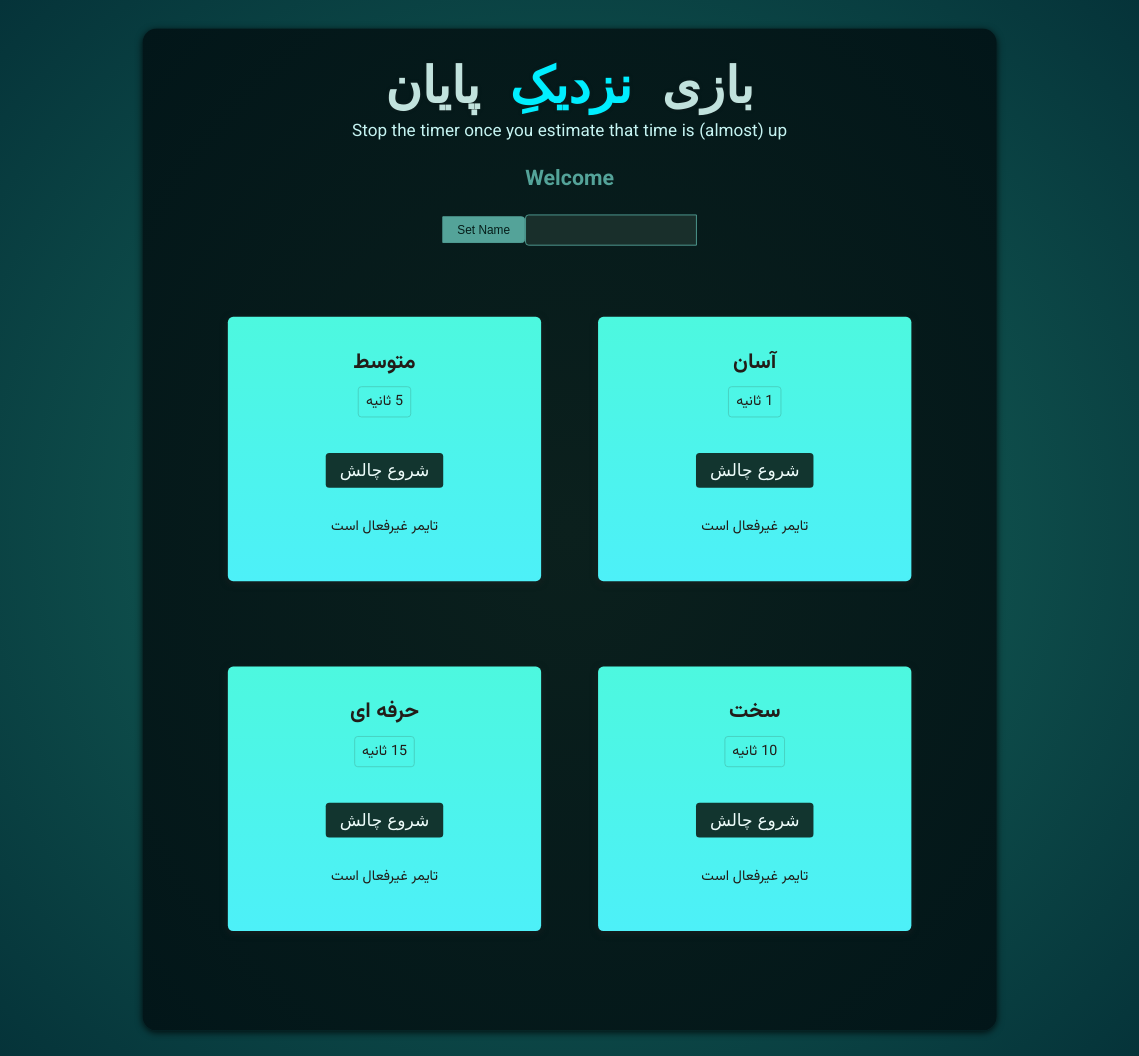
Repository: H-ala/react-near-end
Page: /
An editor plug-in stored every save of this project. The page is shown before and after the next save, followed by the edit.
The browser window is 1280 px wide. The pictures show the whole page, at 89% of full size.
The project was rebuilt for these pictures with package versions that can differ from the ones it lists, and the page was loaded fresh each time. Also part of the build but not shown: vite.config.js.

Above is the page before, as saved 2025-10-21 19:17:19.

### index.html
<!DOCTYPE html>
<html lang="en">
  <head>
    <meta charset="UTF-8" />
    <link rel="icon" type="image/svg+xml" href="/vite.svg" />
    <meta name="viewport" content="width=device-width, initial-scale=1.0" />
    <title>Refs & Portals</title>
  </head>
  <body>
    <div id="modal"></div>
    <div id="content">
      <header>
        <h1>بازی <em>نزدیکِ</em> پایان</h1>
        <p>Stop the timer once you estimate that time is (almost) up</p>
      </header>
      <div id="root"></div>
    </div>
    <script type="module" src="/src/main.jsx"></script>
  </body>
</html>

### src/App.jsx
import Player from "./components/Player.jsx";
import TimerChallenge from "./components/TimerChallenge.jsx";

function App() {
  return (
    <>
      <Player />
      <div id="challenges">
        <TimerChallenge title="آسان" targetTime={1} />
        <TimerChallenge title="متوسط" targetTime={5} />
        <TimerChallenge title="سخت" targetTime={10} />
        <TimerChallenge title="حرفه ای" targetTime={15} />
      </div>
    </>
  );
}

export default App;

### src/index.css
@import url("https://fonts.googleapis.com/css2?family=Vazirmatn:wght@400;700&display=swap");

* {
  box-sizing: border-box;
}

body {
  margin: 0;
  font-family: "Vazirmatn", sans-serif;
  -webkit-font-smoothing: antialiased;
  -moz-osx-font-smoothing: grayscale;
  background: radial-gradient(#186a5e, #053339);
  color: #e1eeeb;
  direction: rtl;
  min-height: 100vh;
}

#content {
  max-width: 60rem;
  margin: 2rem auto;
  padding: 2rem;
  background: radial-gradient(#0b201d, #021619);
  border-radius: 16px;
  box-shadow: 0 2px 8px rgba(0, 0, 0, 0.8);
}

h1 {
  font-family: "Handjet", monospace;
  text-align: center;
  text-transform: uppercase;
  color: #c1e2dd;
  text-shadow: 0 0 4px rgba(35, 34, 34, 0.4);
  font-size: 3.5rem;
  margin: 0;
}

h1 em {
  font-style: normal;
  color: #00eeff;
}

header p {
  font-size: 1.2rem;
  margin: 0;
  text-align: center;
  color: #c6f4f2;
}

#player {
  text-align: center;
}

#player h2 {
  color: #54a399;
}

#player p {
  display: flex;
  justify-content: center;
  align-items: center;
}

#player input {
  font: inherit;
  border: 1px solid #54a399;
  background-color: #192f2b;
  border-radius: 4px;
  border-top-right-radius: 0;
  border-bottom-right-radius: 0;
  padding: 0.25rem;
  color: #d1f0ec;
}

#player button {
  cursor: pointer;
  background-color: #54a399;
  border: 1px solid #54a399;
  padding: 0.4rem 1rem;
  color: #061e1a;
  border-top-right-radius: 4px;
  border-bottom-right-radius: 4px;
}

#player button:hover {
  background-color: #3c8379;
  border-color: #3c8379;
}

#challenges {
  max-width: 50rem;
  margin: 3rem auto;
  display: flex;
  flex-wrap: wrap;
  gap: 2rem;
}

.challenge {
  width: 22rem;
  display: flex;
  flex-direction: column;
  align-items: center;
  justify-content: center;
  padding: 2rem;
  margin: 2rem auto;
  background: linear-gradient(#4df8df, #4df0f8);
  color: #221c18;
  box-shadow: 0 2px 8px rgba(35, 34, 34, 0.6);
  border-radius: 6px;
}

.challenge button {
  margin-top: 1rem;
  padding: 0.5rem 1rem;
  border: none;
  border-radius: 4px;
  background: #12352f;
  color: #edfcfa;
  font-size: 1.2rem;
  cursor: pointer;
}

.challenge button:hover {
  background: #051715;
}

.challenge h2 {
  font-size: 1.5rem;
  margin: 0;
  text-align: center;
  color: #221c18;
}

.challenge-time {
  border: 1px solid #46cebe;
  border-radius: 4px;
  padding: 0.25rem 0.5rem;
  margin: 0.5rem;
}

.challenge .active {
  animation: flash 1s infinite;
}

.result-modal {
  border: none;
  border-radius: 8px;
  padding: 2rem;
  background-color: #d7fcf8;
}

.result-modal[open] {
  animation: slide-in-from-top 0.35s ease-out;
}

.result-modal::backdrop {
  background: rgba(0, 0, 0, 0.9);
}

.result-modal h2 {
  font-family: "Handjet", monospace;
  margin: 0 0 0.25rem 0;
  font-size: 3rem;
  text-transform: uppercase;
}

.result-modal progress {
  width: 100%;
  height: 1.5rem;
  margin: 0;
  accent-color: #46cebe;
}

.result-modal p {
  margin: 0.5rem 0;
  font-size: 1.2rem;
}

.result-modal p strong {
  color: #10655b;
}

.result-modal form {
  text-align: right;
}

.result-modal button {
  margin-top: 1rem;
  padding: 0.5rem 1rem;
  border: none;
  border-radius: 4px;
  background: #12352f;
  color: #edfcfa;
  font-size: 1.2rem;
  cursor: pointer;
}

.result-modal button:hover {
  background: #051715;
}

@keyframes slide-in-from-top {
  0% {
    transform: translateY(-15%);
    opacity: 0;
  }
  100% {
    transform: translateY(0);
    opacity: 1;
  }
}

@keyframes flash {
  0% {
    opacity: 0.5;
  }
  50% {
    opacity: 1;
  }
  100% {
    opacity: 0.5;
  }
}

### src/components/Player.jsx
import { useState, useRef } from "react";

export default function Player() {
  const playerName = useRef();
  const [enteredPlayerName, setEnteredPlayerName] = useState("");

  function handleClick() {
    setEnteredPlayerName(playerName.current.value);
    playerName.current.value = "";
  }

  return (
    <section id="player">
      <h2>Welcome {enteredPlayerName ?? "unknown entity"}</h2>
      <p>
        <input
          ref={playerName}
          type="text"
        />
        <button onClick={handleClick}>Set Name</button>
      </p>
    </section>
  );
}

### src/components/TimerChallenge.jsx
import { useState, useRef } from "react";
import ResultModal from "./ResultModal";

export default function TimerChallenge({ title, targetTime }) {
  const timer = useRef();
  const dialog = useRef();

  const [timeRemaining, setTimeRemaining] = useState(targetTime * 1000);
  const timerIsActive = timeRemaining > 0 && timeRemaining < targetTime * 1000;

  if (timeRemaining <= 0) {
    clearInterval(timer.current);
    dialog.current.open();
  }

  function handleStart() {
    timer.current = setInterval(() => {
      setTimeRemaining((prevTimeRemaining) => prevTimeRemaining - 10);
    }, 10);
  }

  function handleReset() {
    setTimeRemaining(targetTime * 1000);
  }

  function handleStop() {
    clearInterval(timer.current);
    dialog.current.open();
  }

  return (
    <>
      <ResultModal
        ref={dialog}
        targetTime={targetTime}
        remainingTime={timeRemaining}
        onReset={handleReset}
      />
      <section className="challenge">
        <h2>{title}</h2>
        <p className="challenge-time">
          {targetTime} ثانیه
        </p>
        <p>
          <button onClick={timerIsActive ? handleStop : handleStart}>
            {timerIsActive ? "توقف" : "شروع"} چالش
          </button>
        </p>
        <p className={timerIsActive ? "active" : undefined}>
          {timerIsActive ? "زمان داره میگذره..." : "تایمر غیرفعال است"}
        </p>
      </section>
    </>
  );
}

### src/components/ResultModal.jsx
import { useImperativeHandle, useRef } from "react";
import { createPortal } from "react-dom";

export default function ResultModal({ ref, targetTime, remainingTime, onReset }) {
  const dialog = useRef();

  const userLost = remainingTime <= 0;
  const formattedRemainingTime = (remainingTime / 1000).toFixed(2);
  const score = Math.round((1 - (remainingTime / (targetTime * 1000))) * 100);

  useImperativeHandle(ref, () => {
    return {
      open() {
        dialog.current.showModal();
      },
    };
  });

  return createPortal(
    <dialog ref={dialog} className="result-modal" onClose={onReset}>
      {userLost && <h2>You Lost!</h2>}
      {!userLost && <h2>Your Score: {score}</h2>}
      <p>
        The targer time was <strong>{targetTime} seconds. </strong>
      </p>
      <p>
        You stopped the time with{" "}
        <strong>{formattedRemainingTime} seconds left.</strong>
      </p>
      <form action="dialog" onSubmit={onReset}>
        <button>Close</button>
      </form>
    </dialog>,
    document.getElementById("modal")
  );
}

Loaded but not shown: src/main.jsx (common file)

After the next save:
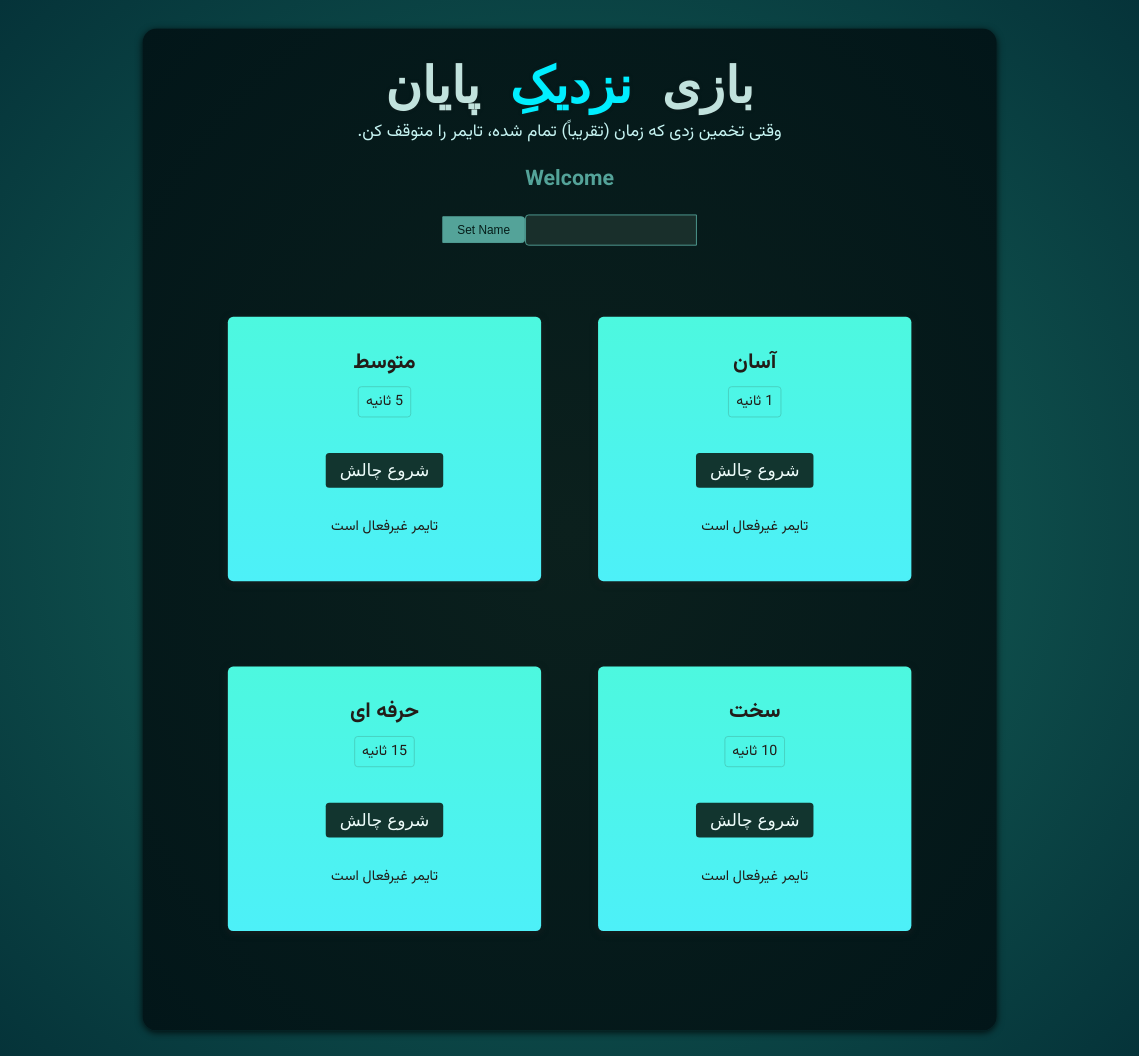
Saved 41 s later.
--- a/index.html
+++ b/index.html
@@ -1,20 +1,23 @@
 <!DOCTYPE html>
 <html lang="en">
-  <head>
-    <meta charset="UTF-8" />
-    <link rel="icon" type="image/svg+xml" href="/vite.svg" />
-    <meta name="viewport" content="width=device-width, initial-scale=1.0" />
-    <title>Refs & Portals</title>
-  </head>
-  <body>
-    <div id="modal"></div>
-    <div id="content">
-      <header>
-        <h1>بازی <em>نزدیکِ</em> پایان</h1>
-        <p>Stop the timer once you estimate that time is (almost) up</p>
-      </header>
-      <div id="root"></div>
-    </div>
-    <script type="module" src="/src/main.jsx"></script>
-  </body>
+
+<head>
+  <meta charset="UTF-8" />
+  <link rel="icon" type="image/svg+xml" href="/vite.svg" />
+  <meta name="viewport" content="width=device-width, initial-scale=1.0" />
+  <title>Refs & Portals</title>
+</head>
+
+<body>
+  <div id="modal"></div>
+  <div id="content">
+    <header>
+      <h1>بازی <em>نزدیکِ</em> پایان</h1>
+      <p>وقتی تخمین زدی که زمان (تقریباً) تمام شده، تایمر را متوقف کن.</p>
+    </header>
+    <div id="root"></div>
+  </div>
+  <script type="module" src="/src/main.jsx"></script>
+</body>
+
 </html>
